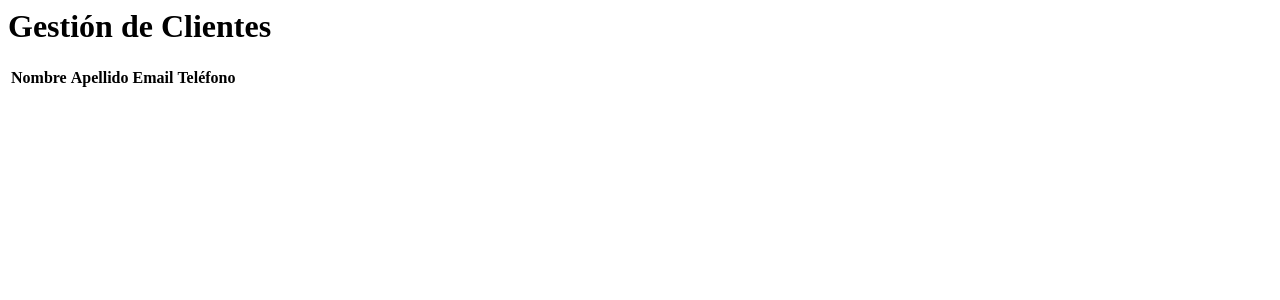
Repository: fgala1619/frontSistGestionBank
Page: index.html
An editor plug-in stored every save of this project. The page is shown before and after the next save, followed by the edit.
The browser window is 1280 px wide. The pictures show the whole page.

Above is the page before, as saved 2023-07-08 22:05:45.

### index.html
<h1>Gestión de Clientes</h1>

<table>
    <tr>
        <th>Nombre</th>
        <th>Apellido</th>
        <th>Email</th>
        <th>Teléfono</th>
    </tr>
</table>

After the next save:
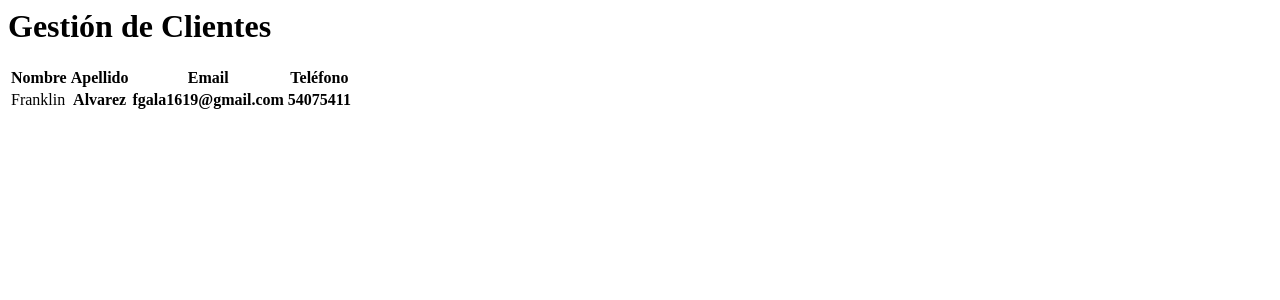
Saved 108 s later.
--- a/index.html
+++ b/index.html
@@ -7,4 +7,10 @@
         <th>Email</th>
         <th>Teléfono</th>
     </tr>
+    <tr>
+        <td>Franklin</td>
+        <th>Alvarez</th>
+        <th>fgala1619@gmail.com</th>
+        <th>54075411</th>
+    </tr>
 </table>
